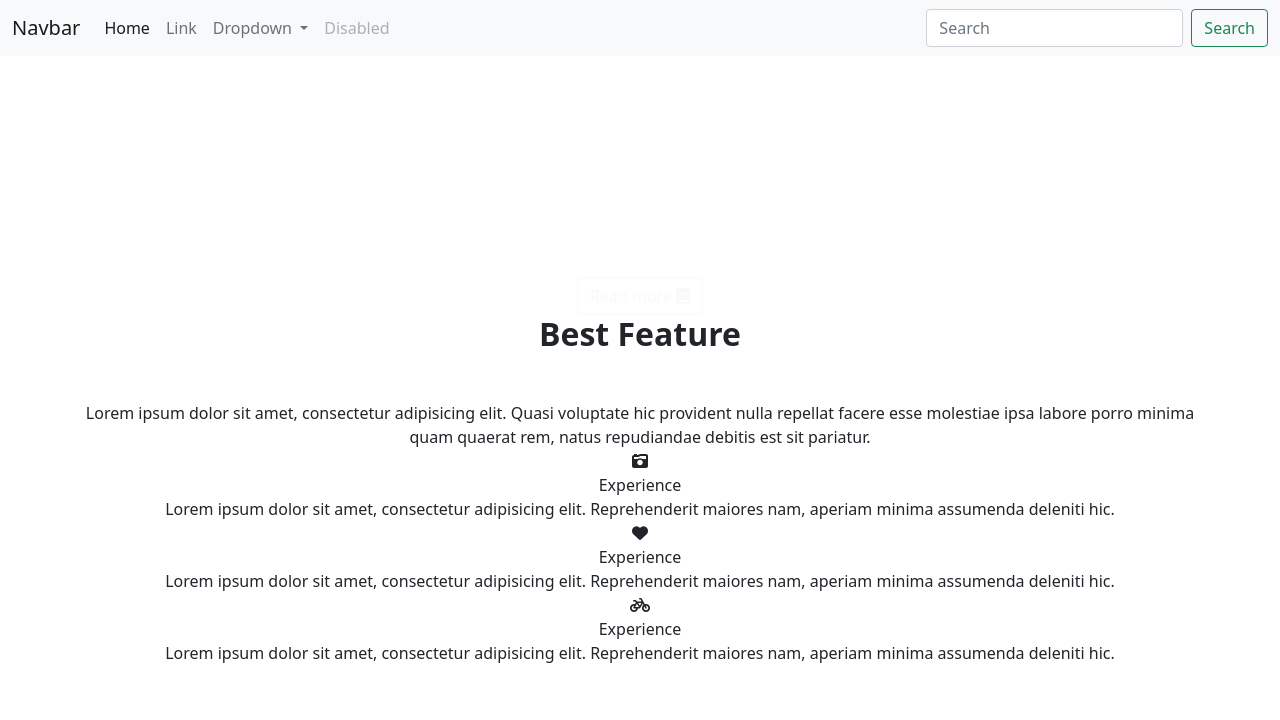
Repository: nptg3105/lab04-landing-page-boostrap5
Page: index.html
An editor plug-in stored every save of this project. The page is shown before and after the next save, followed by the edit.
The browser window is 1280 px wide. The pictures show the whole page.

Above is the page before, as saved 2021-12-19 10:09:44.

### index.html
<!DOCTYPE html>
<html lang="en">
  <head>
    <meta charset="UTF-8" />
    <meta http-equiv="X-UA-Compatible" content="IE=edge" />
    <meta name="viewport" content="width=device-width, initial-scale=1.0" />
    <title>lab04-Landing-Page-Boostrap</title>
    <link
      href="https://cdn.jsdelivr.net/npm/bootstrap@5.1.3/dist/css/bootstrap.min.css"
      rel="stylesheet"
      integrity="sha384-1BmE4kWBq78iYhFldvKuhfTAU6auU8tT94WrHftjDbrCEXSU1oBoqyl2QvZ6jIW3"
      crossorigin="anonymous"
    />
    <link rel="stylesheet" href="https://cdnjs.cloudflare.com/ajax/libs/font-awesome/6.0.0-beta3/css/all.min.css" integrity="sha512-Fo3rlrZj/k7ujTnHg4CGR2D7kSs0v4LLanw2qksYuRlEzO+tcaEPQogQ0KaoGN26/zrn20ImR1DfuLWnOo7aBA==" crossorigin="anonymous" referrerpolicy="no-referrer" />
    <link rel="stylesheet" href="dist/index.css" />
  </head>
  <body>
    <header>
      <nav class="navbar navbar-expand-lg navbar-light bg-light">
        <div class="container-fluid">
          <a class="navbar-brand" href="#">Navbar</a>
          <button
            class="navbar-toggler"
            type="button"
            data-bs-toggle="collapse"
            data-bs-target="#navbarSupportedContent"
            aria-controls="navbarSupportedContent"
            aria-expanded="false"
            aria-label="Toggle navigation"
          >
            <span class="navbar-toggler-icon"></span>
          </button>
          <div class="collapse navbar-collapse" id="navbarSupportedContent">
            <ul class="navbar-nav me-auto mb-2 mb-lg-0">
              <li class="nav-item">
                <a class="nav-link active" aria-current="page" href="#">Home</a>
              </li>
              <li class="nav-item">
                <a class="nav-link" href="#">Link</a>
              </li>
              <li class="nav-item dropdown">
                <a
                  class="nav-link dropdown-toggle"
                  href="#"
                  id="navbarDropdown"
                  role="button"
                  data-bs-toggle="dropdown"
                  aria-expanded="false"
                >
                  Dropdown
                </a>
                <ul class="dropdown-menu" aria-labelledby="navbarDropdown">
                  <li><a class="dropdown-item" href="#">Action</a></li>
                  <li><a class="dropdown-item" href="#">Another action</a></li>
                  <li><hr class="dropdown-divider" /></li>
                  <li>
                    <a class="dropdown-item" href="#">Something else here</a>
                  </li>
                </ul>
              </li>
              <li class="nav-item">
                <a class="nav-link disabled">Disabled</a>
              </li>
            </ul>
            <form class="d-flex">
              <input
                class="form-control me-2"
                type="search"
                placeholder="Search"
                aria-label="Search"
              />
              <button class="btn btn-outline-success" type="submit">
                Search
              </button>
            </form>
          </div>
        </div>
      </nav>
      <div class="hero">
       <div class="container-fluid d-flex align-items-center justify-content-center h-100">
         <div class="row d-flex justify-content-center text-center">
           <div class="col-md-10">
            <h2 class="text-white display-4 fw-bold pt-5 mb-2">Travel</h2>
            <h4 class="text-white my-4">Lorem ipsum dolor sit amet, consectetur adipisicing elit. Deleniti consequuntur.</h4>
            <button class="btn btn-outline-light">Read more <i class="fa fa-book"></i></button>
           </div>
         </div>
       </div>
      </div>
      <div class="feature text-center">
        <div class="container">
          <h2 class="feature__heading fw-bold mb-5">Best Feature</h2>
          <div class="feature__detail">Lorem ipsum dolor sit amet, consectetur adipisicing elit. Quasi voluptate hic provident nulla repellat facere esse molestiae ipsa labore porro minima quam quaerat rem, natus repudiandae debitis est sit pariatur.</div>
          <div class="feature__list">
            <div class="feature__item">
              <div class="feature__icon"><i class="fas fa-camera-retro"></i></div>
              <div class="feature__title">Experience</div>
              <div class="feature__desc">Lorem ipsum dolor sit amet, consectetur adipisicing elit. Reprehenderit maiores nam, aperiam minima assumenda deleniti hic.</div>
            </div>
            <div class="feature__item">
              <div class="feature__icon"><i class="fas fa-heart"></i></div>
              <div class="feature__title">Experience</div>
              <div class="feature__desc">Lorem ipsum dolor sit amet, consectetur adipisicing elit. Reprehenderit maiores nam, aperiam minima assumenda deleniti hic.</div>
            </div>
            <div class="feature__item">
              <div class="feature__icon"><i class="fas fa-bicycle"></i></div>
              <div class="feature__title">Experience</div>
              <div class="feature__desc">Lorem ipsum dolor sit amet, consectetur adipisicing elit. Reprehenderit maiores nam, aperiam minima assumenda deleniti hic.</div>
            </div>
          </div>
        </div>

      </div>
    </header>

    </p>

    <script
      src="https://cdn.jsdelivr.net/npm/bootstrap@5.1.3/dist/js/bootstrap.bundle.min.js"
      integrity="sha384-ka7Sk0Gln4gmtz2MlQnikT1wXgYsOg+OMhuP+IlRH9sENBO0LRn5q+8nbTov4+1p"
      crossorigin="anonymous"
    ></script>
  </body>
</html>

### dist/index.css
* {
  box-sizing: border-box;
  margin: 0;
  padding: 0;
}
body {
  line-height: 1.5;
}
:root {
  --color-bg: #ecf2f8;
  --color-white: #fff;
  --color-violet: #7541c8;
  --color-light-grey: #cfcfcf;
  --color-dark-grey: #19212e;
  --color-grey: #48556a;
}
.hero {
  background: url(https://mdbootstrap.com/img/Photos/Horizontal/Nature/full%20page/img%20(
        3
      ).jpg)
    no-repeat 50% fixed;
}
/*# sourceMappingURL=index.css.map */

After the next save:
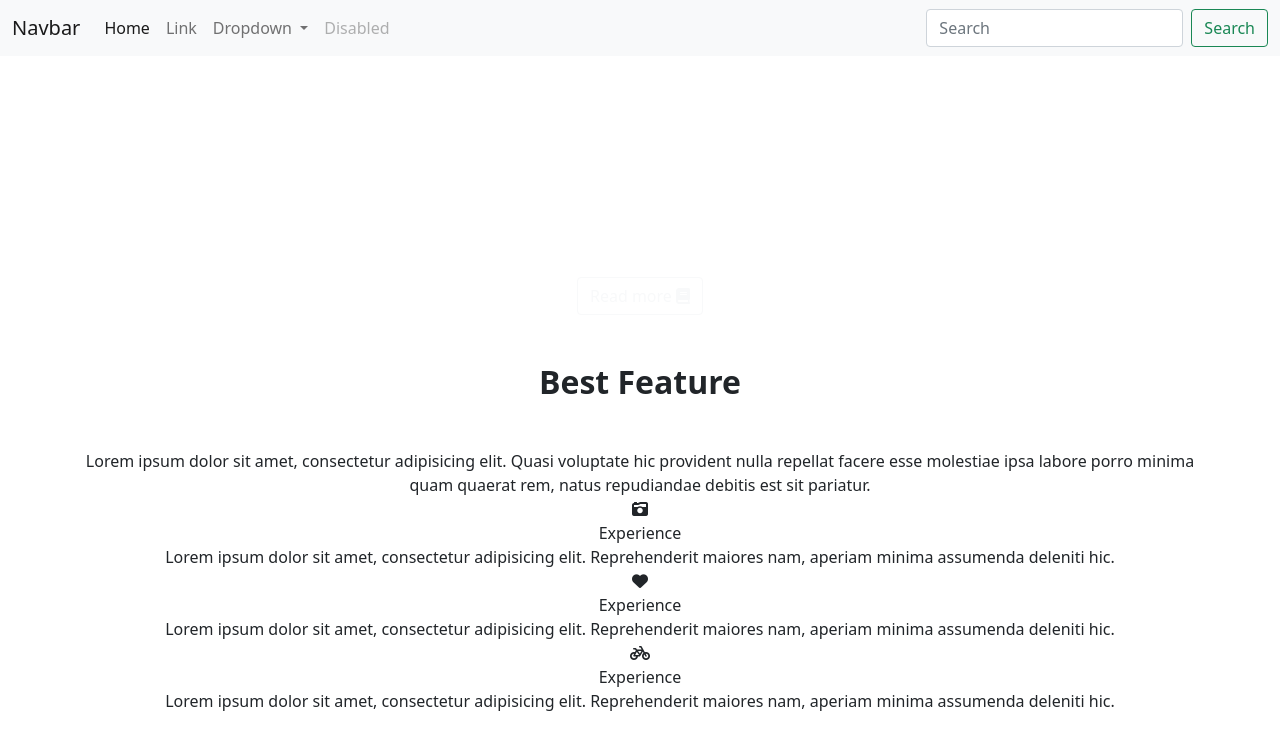
Saved 21 s later.
--- a/index.html
+++ b/index.html
@@ -87,7 +87,7 @@
          </div>
        </div>
       </div>
-      <div class="feature text-center">
+      <div class="feature text-center mt-5">
         <div class="container">
           <h2 class="feature__heading fw-bold mb-5">Best Feature</h2>
           <div class="feature__detail">Lorem ipsum dolor sit amet, consectetur adipisicing elit. Quasi voluptate hic provident nulla repellat facere esse molestiae ipsa labore porro minima quam quaerat rem, natus repudiandae debitis est sit pariatur.</div>
